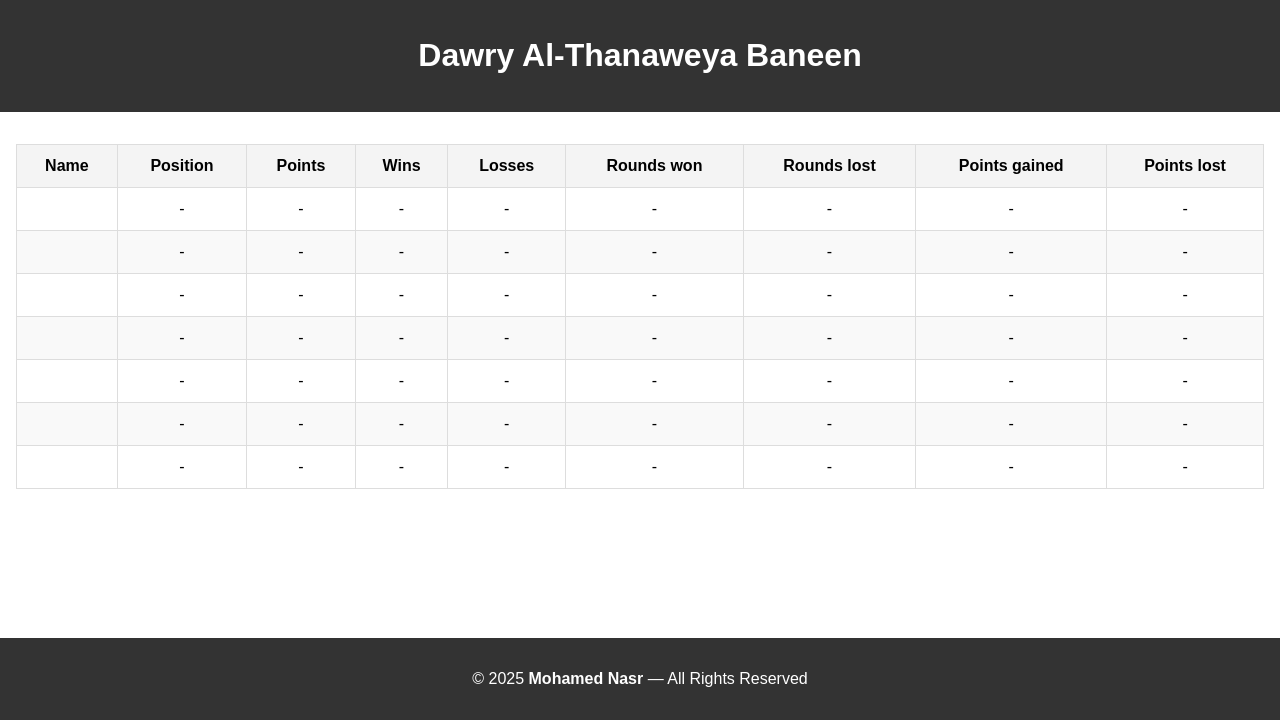
Repository: MohamedNasr95/Dawry-Al-Thanaweya-Baneen
Page: Index.html
The author's editor kept a copy of each file at every save. The page is drawn from the files as they stood at one save, then again after the next save.
The browser window is 1280 px wide. The pictures show the whole page.

Above is the page before, as saved 2025-09-07 22:38:49.

### Index.html
<!DOCTYPE html>
<html lang="en">
<head>
  <meta charset="UTF-8" />
  <meta name="viewport" content="width=device-width, initial-scale=1.0" />
  <title>Dawry Al-Thanaweya Baneen</title>
  <link rel="stylesheet" href="style.css">
</head>
<body>
  <header>
    <h1>Dawry Al-Thanaweya Baneen</h1>
  </header>
  <main>
    <table>
      <thead>
        <tr>
          <th>Name</th>
          <th>Position</th>
          <th>Points</th>
          <th>Wins</th>
          <th>Losses</th>
          <th>Rounds won</th>
          <th>Rounds lost</th>
          <th>Points gained</th>
          <th>Points lost</th>
        </tr>
      </thead>
      <tbody id="tbody">

         <!-- Add more rows here -->

      </tbody>
    </table>
  </main>
  <footer>
    <p>&copy; 2025 <strong>Mohamed Nasr</strong> — All Rights Reserved</p>
  </footer>

  <script src="script.js"></script>
</body>
</html>

### style.css
body {
    font-family: Arial, sans-serif;
    margin: 0;
    padding: 0;
    display: flex;
    min-height: 100vh;
    flex-direction: column;
}
header, footer {
    background-color: #333;
    color: #fff;
    padding: 1rem;
    text-align: center;
}
main {
    flex: 1;
    padding: 1rem;
}
table {
    width: 100%;
    border-collapse: collapse;
    margin: 1rem 0;
}
th, td {
    border: 1px solid #ddd;
    padding: 0.75rem;
    text-align: center;
}
th {
    background-color: #f4f4f4;
}
tr:nth-child(even) {
    background-color: #f9f9f9;
}
tr:hover {
    background-color: #e0e0e0;
}

### script.js
table = document.getElementById("tbody")
// console.log(table)
// name = "Mustafa";
players = [{ID: 1, name: "Mohamed Nasr", position: 0, Points: 0, win: 0, loss: 0, rWin: 0, rLost: 0, pGained: 0, pLost:0},
    {ID: 2, name: "Mohy Mahmoud", position: 0, Points: 0, win: 0, loss: 0, rWin: 0, rLost: 0, pGained: 0, pLost:0},
    {ID: 3, name: "Mohamed Fayed", position: 0, Points: 0, win: 0, loss: 0, rWin: 0, rLost: 0, pGained: 0, pLost:0},
    {ID: 4, name: "Ahmed Magdy", position: 0, Points: 0, win: 0, loss: 0, rWin: 0, rLost: 0, pGained: 0, pLost:0},
    {ID: 5, name: "Mahmoud Meredian", position: 0, Points: 0, win: 0, loss: 0, rWin: 0, rLost: 0, pGained: 0, pLost:0},
    {ID: 6, name: "Abdelrahman Meredian", position: 0, Points: 0, win: 0, loss: 0, rWin: 0, rLost: 0, pGained: 0, pLost:0},
    {ID: 7, name: "Mohamed Osama", position: 0, Points: 0, win: 0, loss: 0, rWin: 0, rLost: 0, pGained: 0, pLost:0},
]

for( tVar = 0 ; tVar < players.length ; tVar++ )
{
    table.innerHTML +=
    `
        <tr>
            <td></td>
            <td>-</td>
            <td>-</td>
            <td>-</td>
            <td>-</td>
            <td>-</td>
            <td>-</td>
            <td>-</td>
            <td>-</td>
        </tr>
    `
}

After the next save:
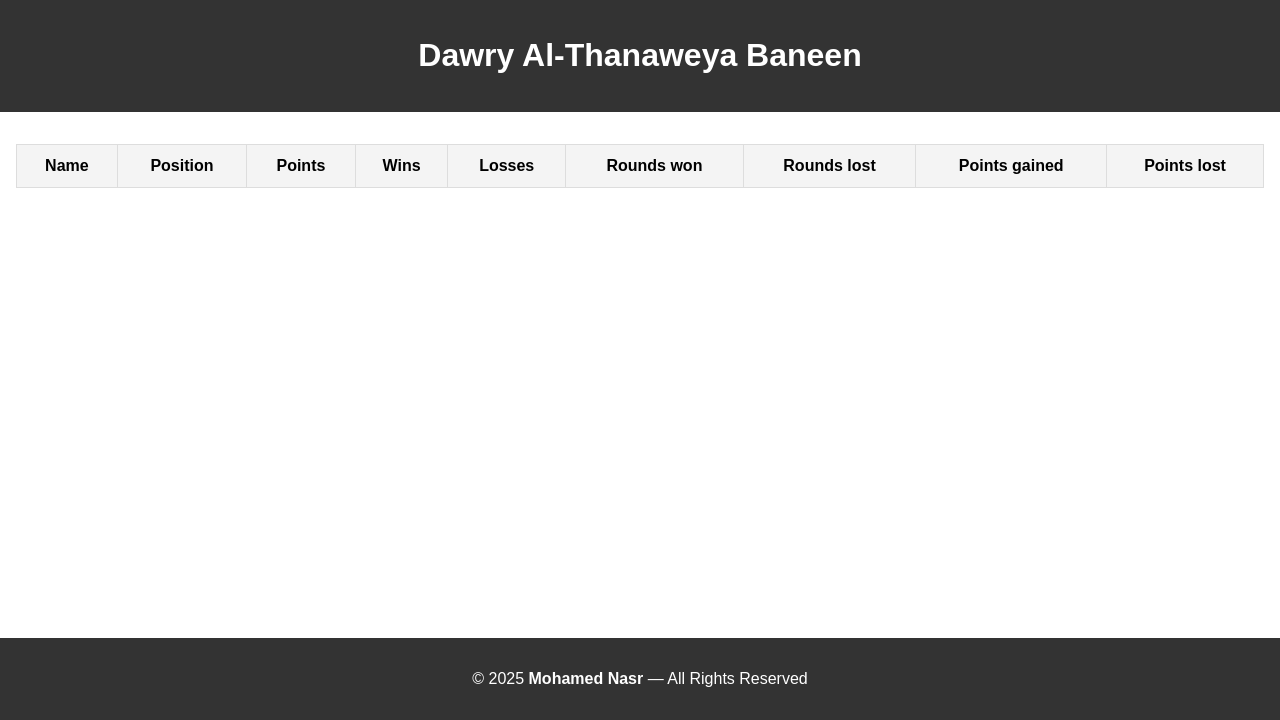
Console error: SyntaxError: Unexpected token '}'
Saved 23 min 45 s later.
--- a/script.js
+++ b/script.js
@@ -15,7 +15,7 @@ for( tVar = 0 ; tVar < players.length ; tVar++ )
     table.innerHTML +=
     `
         <tr>
-            <td></td>
+            <td>${}</td>
             <td>-</td>
             <td>-</td>
             <td>-</td>
